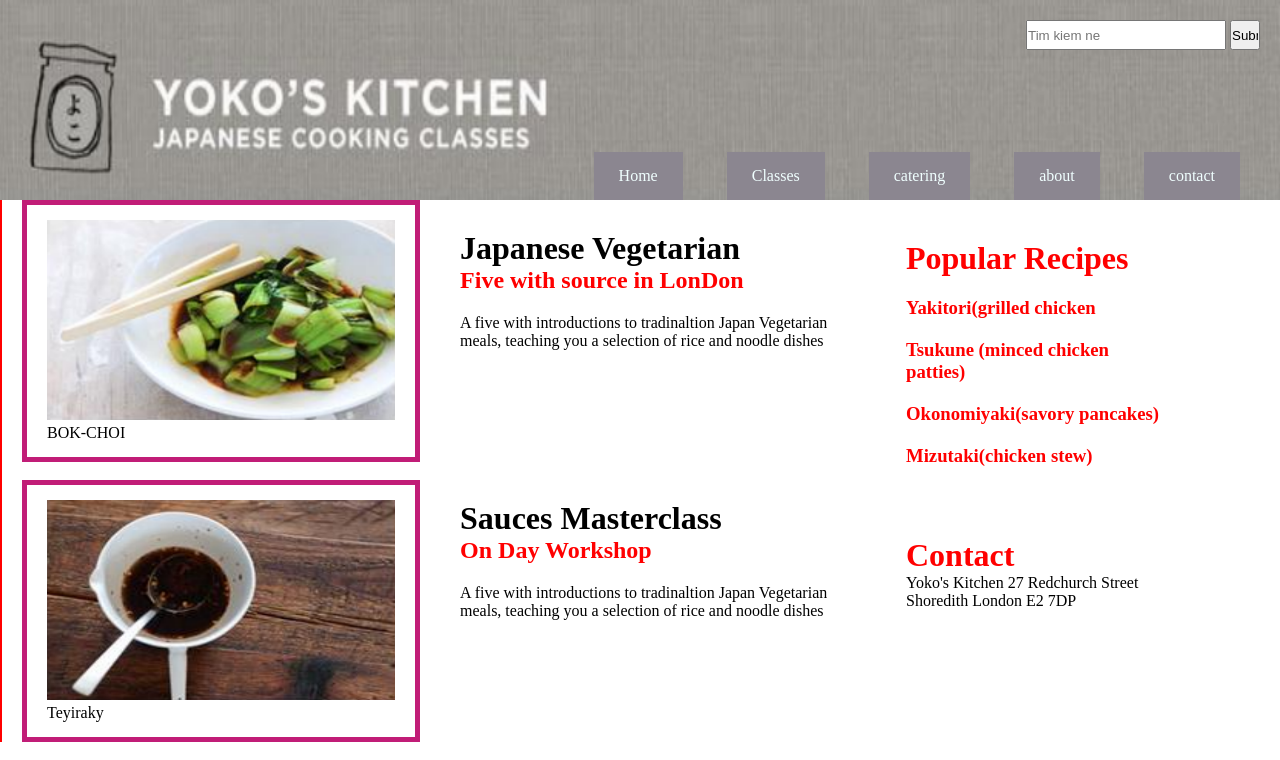
Repository: huy352002/20012931-Tr-n-Quang-Huy
Page: bt2.html
An editor plug-in stored every save of this project. The page is shown before and after the next save, followed by the edit.
The browser window is 1280 px wide. The pictures show the whole page.

Above is the page before, as saved 2022-09-30 10:49:57.

### bt2.html
<!DOCTYPE html>
<html lang="en">

<head>
    <meta charset="UTF-8">
    <meta http-equiv="X-UA-Compatible" content="IE=edge">
    <meta name="viewport" content="width=device-width, initial-scale=1.0">
    <title>Document</title>
    <link rel="stylesheet" href="/bt2.css">
</head>

<body>
    <div class="header">
        <div class="background">

            <ul>
                <li> <a href="">Home</a> </li>
                <li> <a href="">Classes</a> </li>
                <li> <a href="">catering</a> </li>
                <li> <a href="">about</a> </li>
                <li> <a href="">contact</a> </li>
            </ul>
        </div>

        <form class="form" action="">
            <input class="form_a" type="text" placeholder="Tim kiem ne">
            <input class="form_b" type="submit">
        </form>
    </div>


    <div class="container">
        <div class="body1">
            <div class="sub1">
                <div class="img_boder">
                    <img class="img" src="/img1.png">
                    <p>BOK-CHOI</p>
                </div>
                <br>
                <div class="img_boder">
                    <img class="img" src="/img2.png" alt="">
                    <p>Teyiraky</p>
                </div>
            </div>


            <div class="sub2">
                <div class="P_1">
                    <div class="nav_P1">
                        <H1>Japanese Vegetarian</H1>
                        <H2>Five with source in LonDon</H2>

                    </div>
                    <p>A five with introductions to tradinaltion Japan Vegetarian meals, teaching you a selection of rice and noodle dishes</p>
                </div>

                <div class="P_2">
                    <div class="nav_P1">
                        <H1>Sauces Masterclass</H1>

                        <H2>On Day Workshop</H2>

                    </div>
                    <p>A five with introductions to tradinaltion Japan Vegetarian meals, teaching you a selection of rice and noodle dishes</p>
                </div>
            </div>
        </div>
        <div class="body2">
            <div class="body2_p1">
                <H1>Popular Recipes</H1>
                <h3>Yakitori(grilled chicken</h3>
                <h3> Tsukune (minced chicken patties)</h3>
                <h3>Okonomiyaki(savory pancakes)</h3>
                <h3>Mizutaki(chicken stew)</h3>
            </div>
            <div class="body2_p2">
                <H1>Contact</H1>
                <p>Yoko's Kitchen 27 Redchurch Street Shoredith London E2 7DP
                </p>
            </div>
        </div>



    </div>
    </div>


    <div class="footer"></div>
</body>

</html>

### bt2.css
* {
    margin: 0;
    padding: 0%;
    box-sizing: border-box;
}

.header {
    width: 100%;
    height: 200px;
    position: relative;
    background-image: url(/backgroun.png);
    background-repeat: no-repeat;
    background-size: 100% 100%;
}

.header ul {
    position: absolute;
    right: 0;
    bottom: 0;
    margin: 0 20px;
}

.header ul li {
    display: inline-block;
    padding: 15px 25px;
    background-color: rgb(139, 134, 144);
    right: 0;
    top: 0;
    margin: 0 20px;
}

.header ul li a {
    text-decoration: none;
    color: azure;
}

.header ul li a:hover {
    color: rgb(8, 8, 8);
}

.form {
    position: absolute;
    right: 0;
    top: 0;
    margin: 20px 20px;
}

.form_a {
    width: 200px;
    height: 30px;
}

.form_b {
    width: 30px;
    height: 30px;
}

.container {
    width: 100%;
    height: auto;
    position: relative;
    /* display: inline-block; */
}

.body1 {
    position: relative;
    width: 70%;
    height: auto;
    display: inline-block;
    border-left: 2px solid red;
}

.sub1 {
    position: relative;
    width: 49%;
    display: inline-block;
}

.img {
    width: 100%;
    height: 200px;
}

.img_boder {
    border: 5px solid rgb(193, 29, 119);
    padding: 15px 20px;
    margin: 0 20px;
}

.sub2 {
    display: inline-block;
    position: absolute;
    width: 49%;
}

.P_1 {
    margin: 20px 10px;
    padding: 10px 10px;
}

.nav_P1 {
    margin-bottom: 20px;
}

.nav_P1 h2,
.P_2 h2 {
    color: red;
}

.P_2 {
    margin: 130px 10px;
    padding: 10px 10px;
}

.body2 {
    position: absolute;
    width: 20%;
    height: auto;
    display: inline-block;
    margin: 20px 10px;
}

.body2_p1,
.body2_p2 h1 {
    color: red;
}

.body2_p1 H1,
.body2_p1 h3 {
    margin: 20px 0;
}

.body2_p2 {
    margin: 70px 0;
}

After the next save:
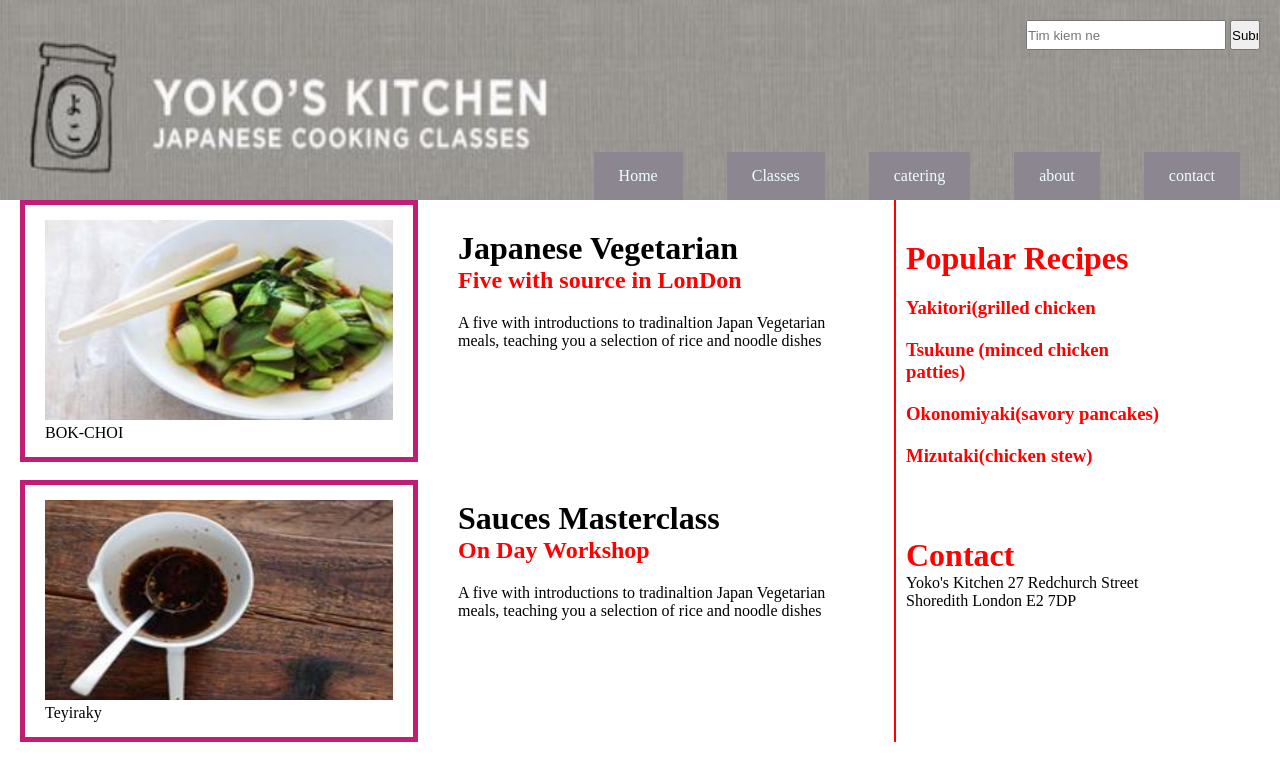
Saved 24 s later.
--- a/bt2.css
+++ b/bt2.css
@@ -67,7 +67,7 @@
     width: 70%;
     height: auto;
     display: inline-block;
-    border-left: 2px solid red;
+    border-right: 2px solid red;
 }
 
 .sub1 {
